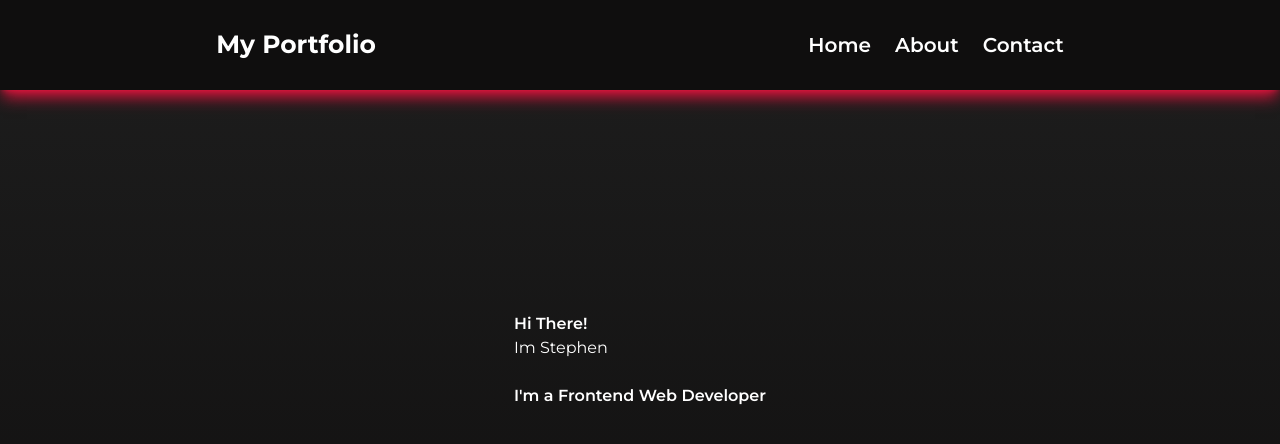
Repository: KaguyaKawaii/portfolio
Page: / (app in frontend/)
An editor plug-in stored every save of this project. The page is shown before and after the next save, followed by the edit.
The browser window is 1280 px wide. The pictures show the whole page.
The project was rebuilt for these pictures with package versions that can differ from the ones it lists, and the page was loaded fresh each time. Also part of the build but not shown: frontend/vite.config.js.

Above is the page before, as saved 2025-10-27 23:44:19.

### frontend/src/index.css
/* ✅ 1️⃣ Google Fonts first */
@import url('https://fonts.googleapis.com/css2?family=Montserrat:wght@400;500;600;700&display=swap');

/* ✅ 2️⃣ Then Tailwind (only once) */
@import "tailwindcss";

/* ✅ 3️⃣ Optional: your own CSS rules */
body {
  font-family: 'Montserrat', sans-serif;
}

### frontend/src/App.jsx
import { useState } from 'react'


function App() {

  return (
    <>
      <header className='bg-[#0F0E0E] h-[90px] w-full absolute shadow-lg shadow-[#dc143c]'>
        <div className='flex justify-around items-center h-full text-white'>
          <h1 className='font-bold font-montserrat text-[25px]'>My Portfolio</h1>

          <div className='flex font-montserrat gap-6 font-semibold text-[20px]'>
            <p>Home</p>
            <p>About</p>
            <p>Contact</p>
          </div>
        </div>
      </header>

      <body className='bg-linear-180 from-[#1E1E1E] to-[#0F0E0E] h-screen text-white'>
        <div className='flex justify-around items-center h-screen'>
          <div>
            <h1 className='font-semibold'>Hi There!</h1>
            <p>Im Stephen</p>
            <div className='mt-6'>
              <p className='font-semibold'>I'm a Frontend Web Developer</p>
            </div>
          </div>
        </div>
      </body>
    </>
  )
}

export default App

Loaded but not shown: frontend/index.html (common file); frontend/src/main.jsx (common file)

After the next save:
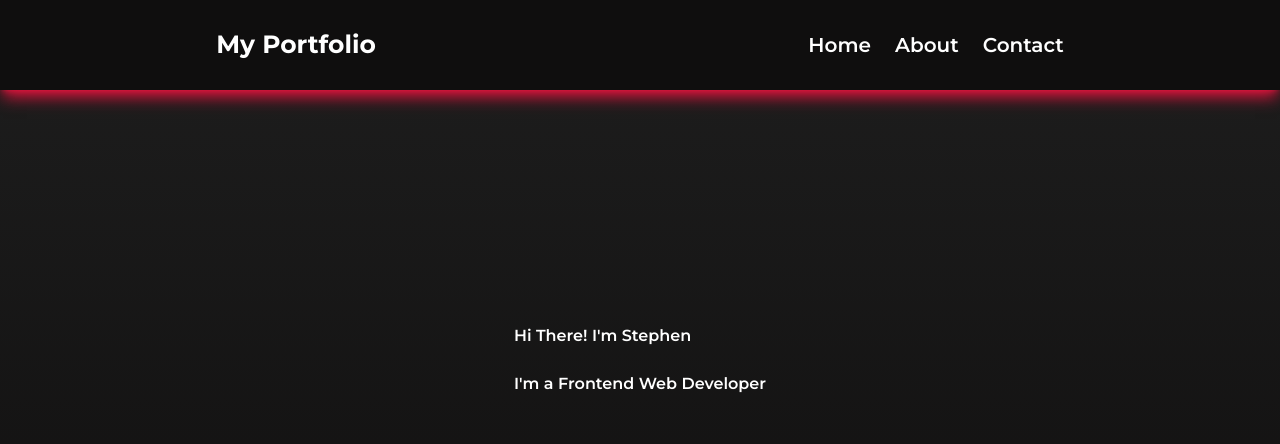
Saved 16 s later.
--- a/frontend/src/App.jsx
+++ b/frontend/src/App.jsx
@@ -20,8 +20,8 @@
       <body className='bg-linear-180 from-[#1E1E1E] to-[#0F0E0E] h-screen text-white'>
         <div className='flex justify-around items-center h-screen'>
           <div>
-            <h1 className='font-semibold'>Hi There!</h1>
-            <p>Im Stephen</p>
+            <h1 className='font-semibold'>Hi There! I'm Stephen</h1>
+
             <div className='mt-6'>
               <p className='font-semibold'>I'm a Frontend Web Developer</p>
             </div>

After the save that followed:
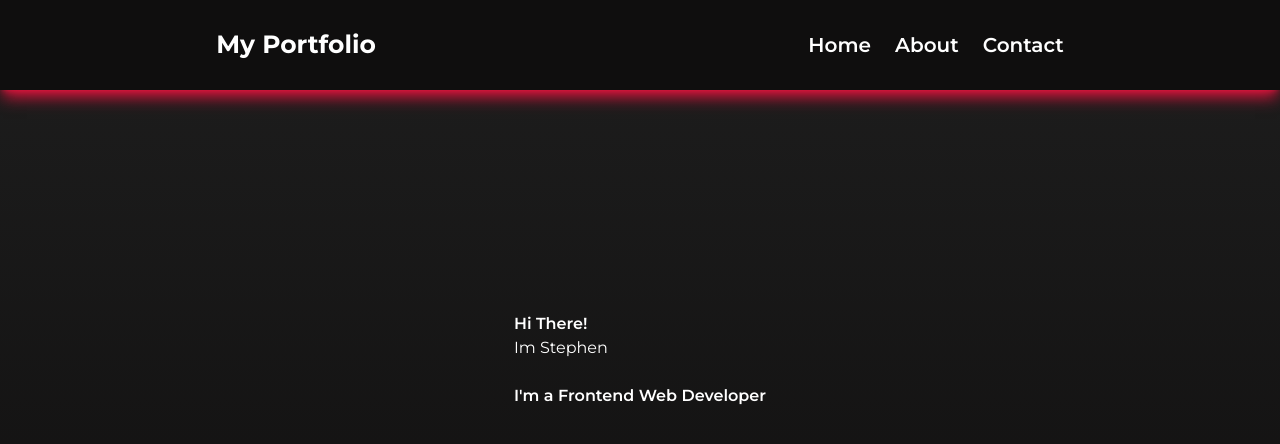
Saved 34 s later.
--- a/frontend/src/App.jsx
+++ b/frontend/src/App.jsx
@@ -20,8 +20,8 @@
       <body className='bg-linear-180 from-[#1E1E1E] to-[#0F0E0E] h-screen text-white'>
         <div className='flex justify-around items-center h-screen'>
           <div>
-            <h1 className='font-semibold'>Hi There! I'm Stephen</h1>
-
+            <h1 className='font-semibold'>Hi There!</h1>
+            <p>Im Stephen</p>
             <div className='mt-6'>
               <p className='font-semibold'>I'm a Frontend Web Developer</p>
             </div>
